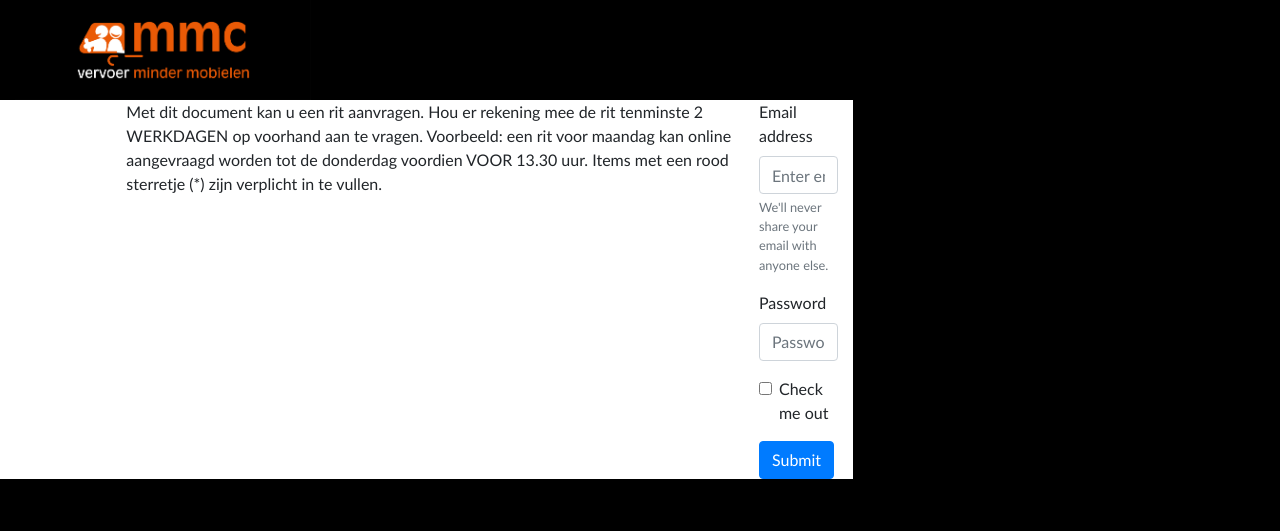
Repository: tclaes/vera
Page: index.html
An editor plug-in stored every save of this project. The page is shown before and after the next save, followed by the edit.
The browser window is 1280 px wide. The pictures show the whole page.

Above is the page before, as saved 2018-11-12 15:28:35.

After the next save:
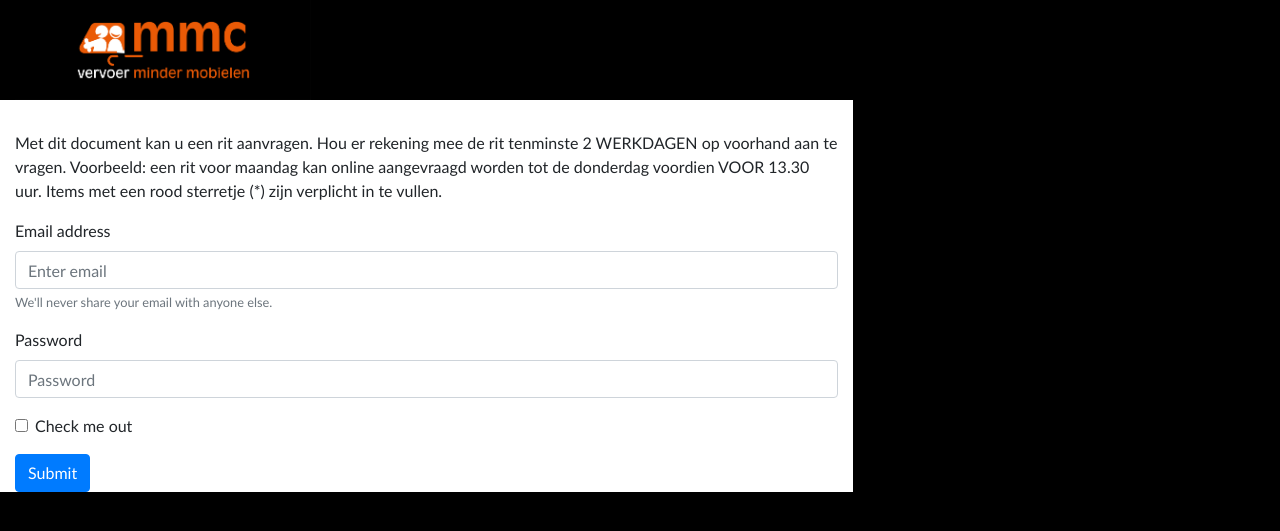
Saved 21 s later.
--- a/index.html
+++ b/index.html
@@ -28,7 +28,7 @@
       </div>
     </div>
     <div class="row">
-      <div class="col-md-8 d-flex justify-content-center white">
+      <div class="col-md-8 white">
         <h1>AANVRAAG GEWONE RIT MMC LEUVEN</h1>
         <p>Met dit document kan u een rit aanvragen. Hou er rekening mee de rit tenminste 2 WERKDAGEN op voorhand aan te vragen.
           Voorbeeld: een rit voor maandag kan online aangevraagd worden tot de donderdag voordien VOOR 13.30 uur.
